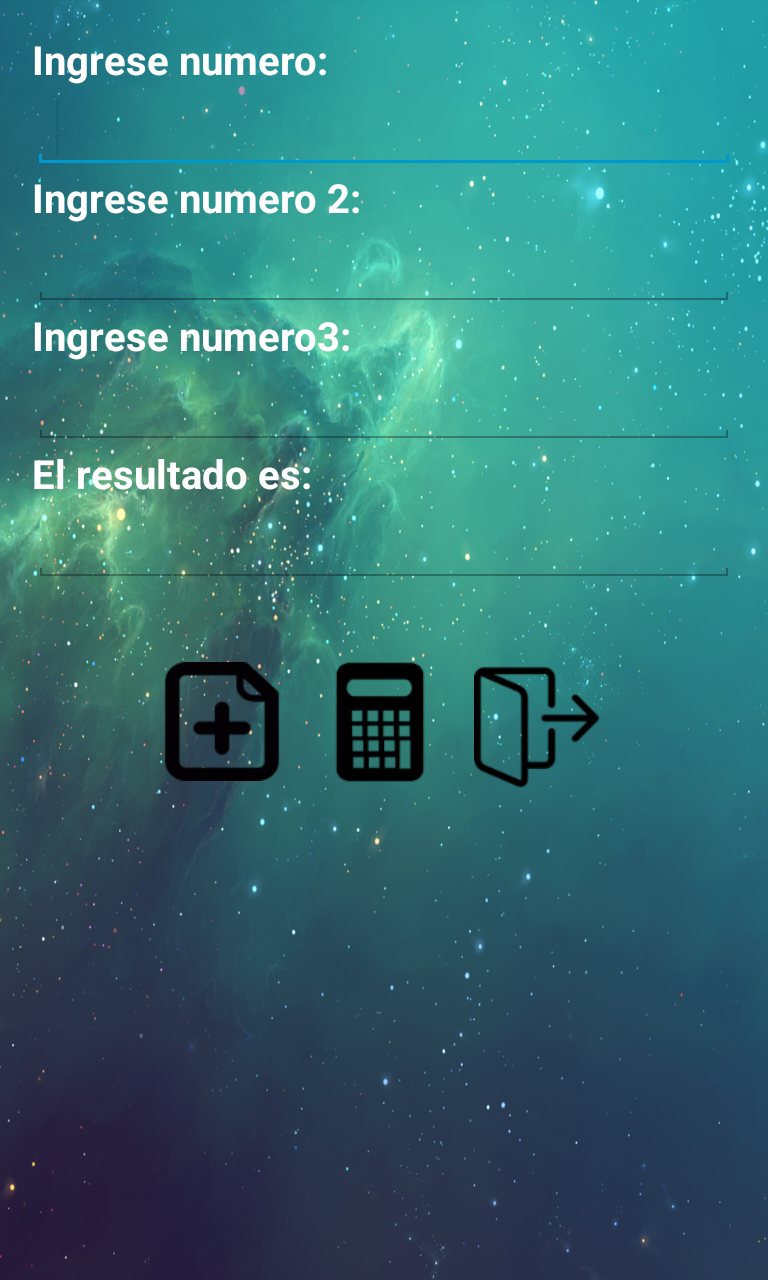
Repository: sherildyasmin06/ServiceAndroid
Layout: AplicacionAndroid/Servicio01/res/layout/activity_sumatoria.xml
The author's editor kept a copy of each file at every save. The layout is drawn from the files as they stood at one save, then again after the next save.
It is drawn on a 768 x 1280 px phone screen (xhdpi) without system bars, with theme AppTheme; the app's code is not run.

Above is the layout before, as saved 2017-12-06 23:56:18.

### AplicacionAndroid/Servicio01/res/layout/activity_sumatoria.xml
<RelativeLayout xmlns:android="http://schemas.android.com/apk/res/android"
    xmlns:tools="http://schemas.android.com/tools"
    android:layout_width="match_parent"
    android:layout_height="match_parent"
    android:background="@drawable/fondo"
    android:paddingBottom="@dimen/activity_vertical_margin"
    android:paddingLeft="@dimen/activity_horizontal_margin"
    android:paddingRight="@dimen/activity_horizontal_margin"
    android:paddingTop="@dimen/activity_vertical_margin"
    tools:context=".Sumatoria" >

    <LinearLayout
        android:id="@+id/linearLayout1"
        android:layout_width="match_parent"
        android:layout_height="wrap_content"
        android:layout_alignParentTop="true"
        android:layout_centerHorizontal="true"
        android:orientation="vertical" >

        <TextView
            android:id="@+id/textView1"
            android:layout_width="wrap_content"
            android:layout_height="wrap_content"
            android:text="@string/num1"
            android:textColor="@color/colortextview"
            android:textSize="@dimen/tamanotextview"
            android:textStyle="bold" />

        <EditText
            android:id="@+id/tnum1"
            android:layout_width="match_parent"
            android:layout_height="wrap_content"
            android:ems="10"
            android:inputType="number"
            android:textColor="@color/colorcuadros"
            android:textSize="@dimen/tamanocuadros" >

            <requestFocus />
        </EditText>

        <TextView
            android:id="@+id/textView2"
            android:layout_width="wrap_content"
            android:layout_height="wrap_content"
            android:text="@string/num2"
            android:textColor="@color/colortextview"
            android:textSize="@dimen/tamanotextview"
            android:textStyle="bold" />

        <EditText
            android:id="@+id/tnum2"
            android:layout_width="match_parent"
            android:layout_height="wrap_content"
            android:ems="10"
            android:inputType="number"
            android:textColor="@color/colorcuadros"
            android:textSize="@dimen/tamanocuadros" />

        <TextView
            android:id="@+id/textView3"
            android:layout_width="wrap_content"
            android:layout_height="wrap_content"
            android:text="@string/num3"
            android:textColor="@color/colortextview"
            android:textColorHint="@color/colortextview"
            android:textSize="@dimen/tamanotextview"
            android:textStyle="bold" />

        <EditText
            android:id="@+id/tnum3"
            android:layout_width="match_parent"
            android:layout_height="wrap_content"
            android:ems="10"
            android:inputType="number"
            android:textColor="@color/colorcuadros"
            android:textSize="@dimen/tamanocuadros" />

        <TextView
            android:id="@+id/textView4"
            android:layout_width="wrap_content"
            android:layout_height="wrap_content"
            android:text="@string/nresultado"
            android:textColor="@color/colortextview"
            android:textSize="@dimen/tamanotextview"
            android:textStyle="bold" />

        <EditText
            android:id="@+id/tsumatoria"
            android:layout_width="match_parent"
            android:layout_height="wrap_content"
            android:ems="10"
            android:inputType="numberDecimal"
            android:textColor="@color/colorcuadros"
            android:textSize="@dimen/tamanocuadros" />

    </LinearLayout>

    <LinearLayout
        android:layout_width="wrap_content"
        android:layout_height="wrap_content"
        android:layout_below="@+id/linearLayout1"
        android:layout_centerHorizontal="true"
        android:layout_marginTop="35dp" >

        <Button
            android:id="@+id/btnnuevo2"
            android:layout_width="wrap_content"
            android:layout_height="wrap_content"
            android:background="@drawable/nuevo" />

        <Button
            android:id="@+id/btncalcular2"
            android:layout_width="wrap_content"
            android:layout_height="wrap_content"
            android:layout_marginLeft="15dp"
            android:background="@drawable/calcular" />

        <Button
            android:id="@+id/btnsalir2"
            android:layout_width="wrap_content"
            android:layout_height="wrap_content"
            android:layout_marginLeft="15dp"
            android:background="@drawable/salir" />

    </LinearLayout>

</RelativeLayout>

### AplicacionAndroid/Servicio01/res/values/dimens.xml
<resources>

    <!-- Default screen margins, per the Android Design guidelines. -->
    <dimen name="activity_horizontal_margin">16dp</dimen>
    <dimen name="activity_vertical_margin">16dp</dimen>
    <dimen name="tamanobotones">30dp</dimen>
    <drawable name="fondobotones">@drawable/fondo01</drawable>
    <drawable name="fondofactorial">@drawable/fondo02</drawable>
    <color name="colortextview">#FFFFFF</color>
    <dimen name="tamanotextview">20dp</dimen>
    <color name="colorcuadros">#ffff00</color>
    <dimen name="tamanocuadros">20dp</dimen>
    <drawable name="fondoboton01">@drawable/nuevo</drawable>
    <drawable name="fondoboton02">@drawable/calcular</drawable>
    <drawable name="fondoboton03">@drawable/salir</drawable>

</resources>

### AplicacionAndroid/Servicio01/res/values/strings.xml
<?xml version="1.0" encoding="utf-8"?>
<resources>

    <string name="app_name">Principal</string>
    <string name="action_settings">Settings</string>
    <string name="hello_world">Hello world!</string>
    <string name="bfactorial">FACTORIAL</string>
    <string name="bsumatoria">SUMATORIA</string>
    <string name="btriangulo">TRIANGULO</string>
    <string name="bsalir">SALIR</string>
    <string name="title_activity_factorial">Factorial</string>
    <string name="tnumero">INGRESE NUMERO:</string>
    <string name="tfactorial">EL FACTORIAL ES:</string>
    <string name="title_activity_sumatoria">Suma de Numeros</string>
    <string name="num1">Ingrese numero:</string>
    <string name="num2">Ingrese numero 2:</string>
    <string name="num3">Ingrese numero3:</string>
    <string name="nresultado">El resultado es:</string>
    <string name="title_activity_triangulo">Triangulo</string>
    <string name="base">INGRESE LA BASE:</string>
    <string name="altura">INGRESE LA ALTURA</string>
    <string name="resultado">EL RESULTADO ES:</string>

</resources>

Loaded but not shown: AplicacionAndroid/Servicio01/res/values/styles.xml (common file); AplicacionAndroid/Servicio01/res/values-v11/styles.xml (common file); AplicacionAndroid/Servicio01/res/values-v14/styles.xml (common file)

After the next save:
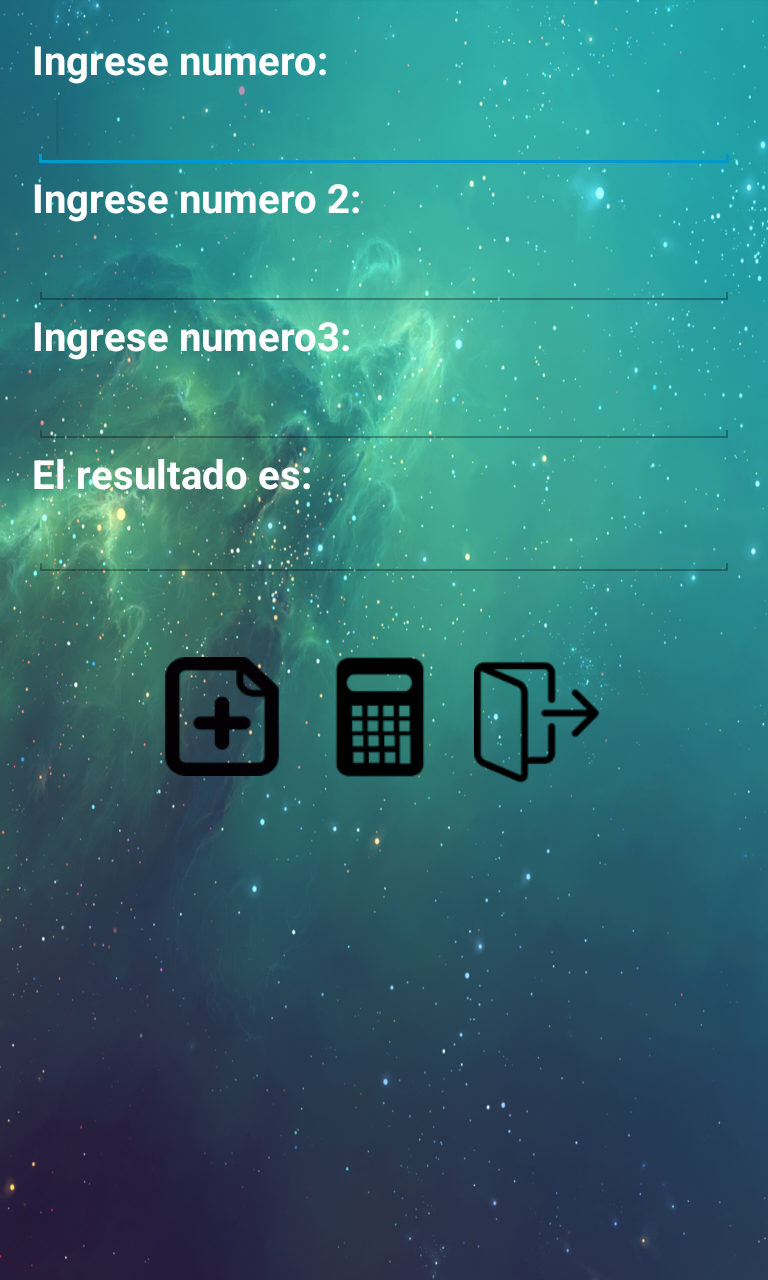
Saved 20 min 36 s later.
--- a/AplicacionAndroid/Servicio01/res/layout/activity_sumatoria.xml
+++ b/AplicacionAndroid/Servicio01/res/layout/activity_sumatoria.xml
@@ -85,13 +85,11 @@
             android:textStyle="bold" />
 
         <EditText
-            android:id="@+id/tsumatoria"
+            android:id="@+id/editText1"
             android:layout_width="match_parent"
             android:layout_height="wrap_content"
             android:ems="10"
-            android:inputType="numberDecimal"
-            android:textColor="@color/colorcuadros"
-            android:textSize="@dimen/tamanocuadros" />
+            android:inputType="number" />
 
     </LinearLayout>
 
